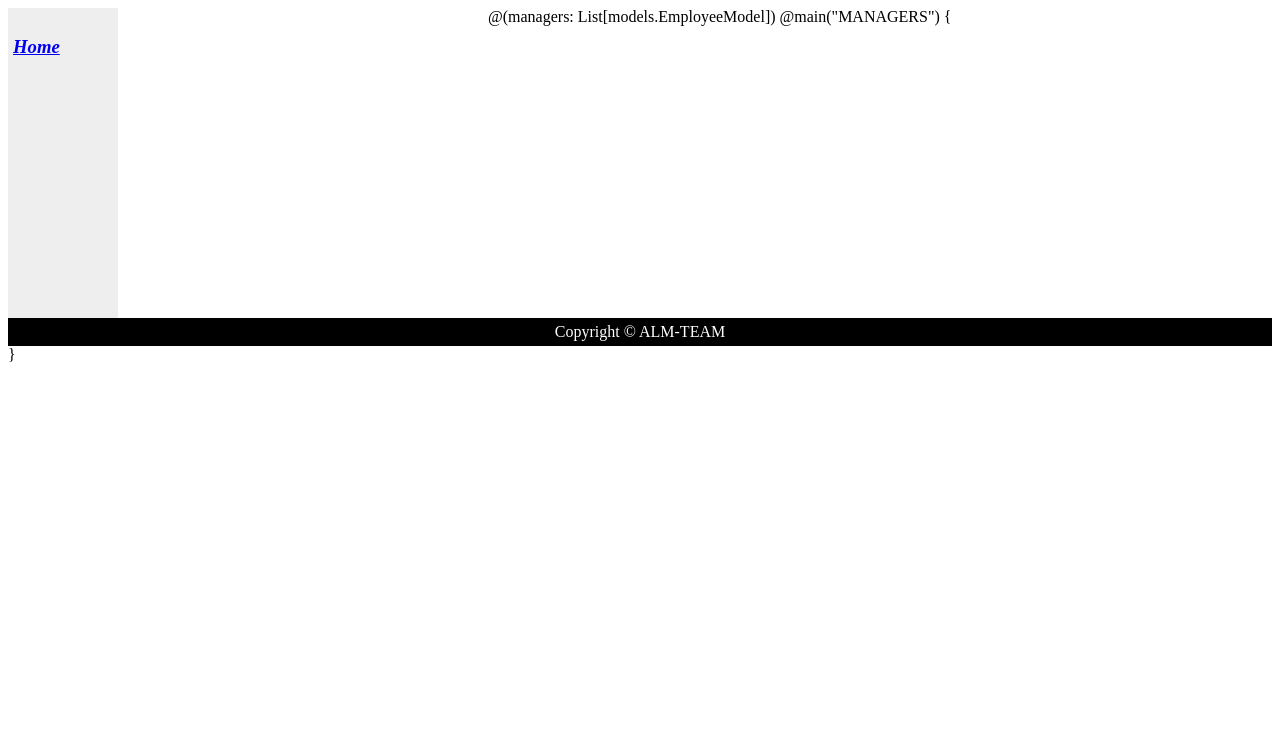
Repository: sumitkum200690/PLAY_SLICK
Page: Play_DB/app/views/managerPage.scala.html
The author's editor kept a copy of each file at every save. The page is drawn from the files as they stood at one save, then again after the next save.
The browser window is 1280 px wide. The pictures show the whole page.

Above is the page before, as saved 2015-09-23 10:56:22.

### Play_DB/app/views/managerPage.scala.html
@(managers: List[models.EmployeeModel])

@main("MANAGERS") {
					<style>
#header {
    background-color:black;
    color:white;
    text-align:center;
    padding:5px;
}
#nav {
    line-height:30px;
    background-color:#eeeeee;
    height:300px;
    width:100px;
    float:left;
    padding:5px;
}
#section {
    width:350px;
    float:left;
    padding:10px;
}
#footer {
    background-color:black;
    color:white;
    clear:both;
    text-align:center;
   padding:5px;
}
</style>
<body style="height:100%">

<div id="nav">
<a href="/"><h3><b><I>Home</I></b></a>


</div>

<div id="section">



				  </table>

</div>

<div id="footer">
Copyright © ALM-TEAM
</div>
}

After the next save:
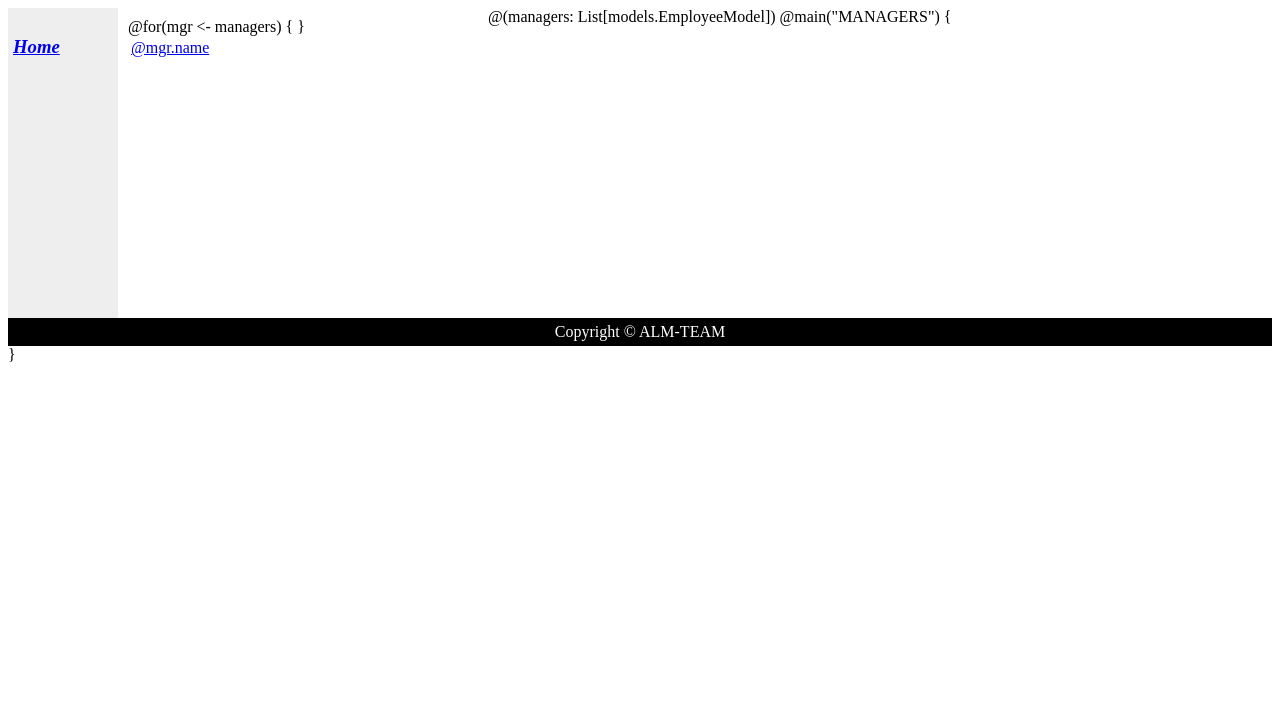
Saved 44 s later.
--- a/Play_DB/app/views/managerPage.scala.html
+++ b/Play_DB/app/views/managerPage.scala.html
@@ -29,7 +29,9 @@
    padding:5px;
 }
 </style>
-<body style="height:100%">
+
+<body style="height:">
+
 
 <div id="nav">
 <a href="/"><h3><b><I>Home</I></b></a>
@@ -38,9 +40,15 @@
 </div>
 
 <div id="section">
+<table >
+
+				  @for(mgr <- managers) {
+
+				<tr><td><a href="/Reportees/@mgr.id">@mgr.name</a></td></tr>
 
 
 
+				  }
 				  </table>
 
 </div>
